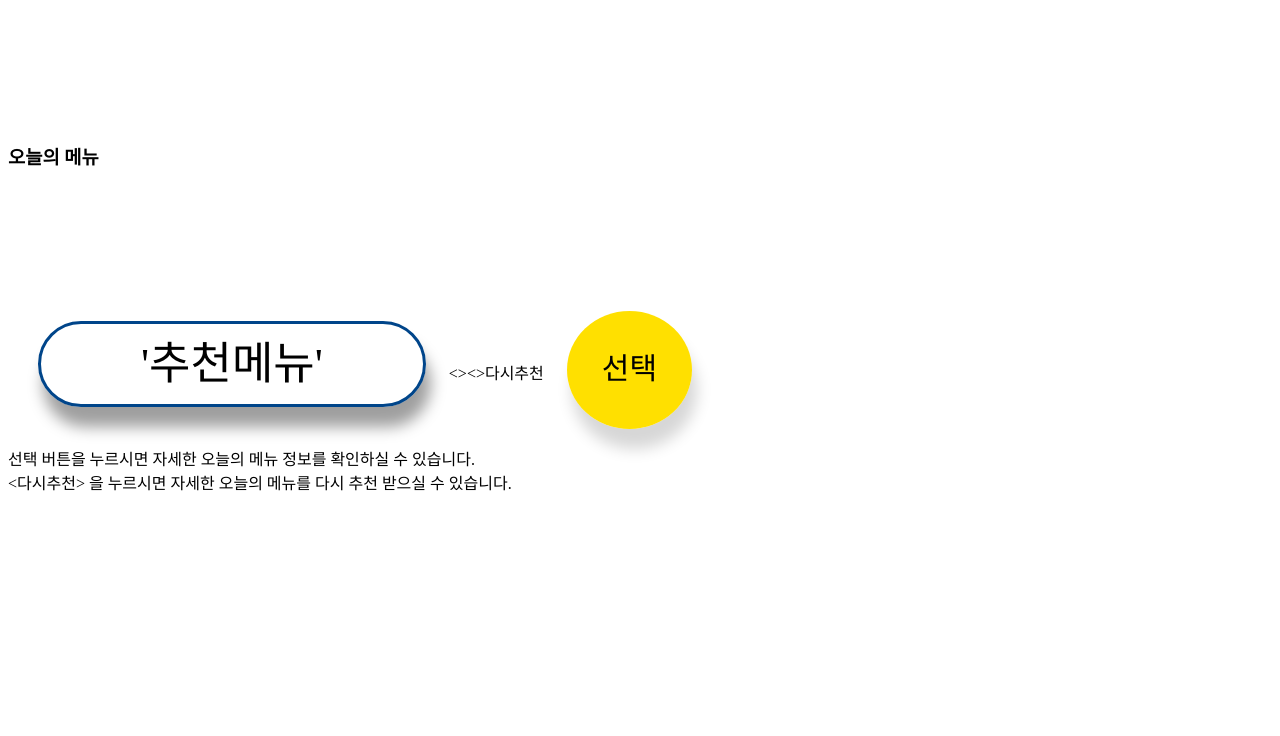
Repository: hkh00700/JustDoEat_Web
Page: http://localhost/justdoeat/WEB-INF/views/home.jsp
These files come from the project's save history. The page is drawn as it stood at one moment and after the next save; the edit follows.
The browser window is 1280 px wide. The pictures show the whole page.
The page is served by Tomcat 9. Nobody is signed in. Other server files are loaded and not shown. The template is opened directly, without the code that normally fills it, so the values that code supplies are empty.

Above is the page before, as saved 2021-05-18 02:50:11.

### justdoeat/src/main/webapp/WEB-INF/views/home.jsp
<%@ taglib uri="http://java.sun.com/jsp/jstl/core" prefix="c" %>
<%@ page language="java" contentType="text/html; charset=UTF-8"
    pageEncoding="UTF-8"%>
<html>
<head>
	<title>Home</title>
<style type="text/css">
.content {
height: 720px;
}

h3{
height: 300px;
line-height: 300px;
}
.content a:first-of-type{
width: 600px;
height: 120px;
margin: 40px 23px 42px 30px;
padding: 15px 100px 15px 100px;
border-radius: 60px;
box-shadow: 5px 20px 15px 0 rgba(0, 0, 0, 0.38);
border: solid 3px #00458a;
text-align: center;
font-size: 45px;
}
.select{
 width: 120px;
  height: 120px;
  margin: 40px 157px 42px 23px;
  padding: 41px 35px 44px;
  box-shadow: 5px 20px 15px 0 rgba(0, 0, 0, 0.16);
  background-color: #ffe000;
  border-radius: 50%;
  font-size: 30px;
}

</style>
</head>
<body>
	<div class="content">
		<h3>오늘의 메뉴</h3>
		<a>'추천메뉴'</a><><>다시추천</a><a class='select'>선택</a>
		<br/><br/><br/><br/>
		선택 버튼을 누르시면 자세한 오늘의 메뉴 정보를 확인하실 수 있습니다.<br/>
		<다시추천> 을 누르시면 자세한 오늘의 메뉴를 다시 추천 받으실 수 있습니다.

	</div>
</body>
</html>

After the next save:
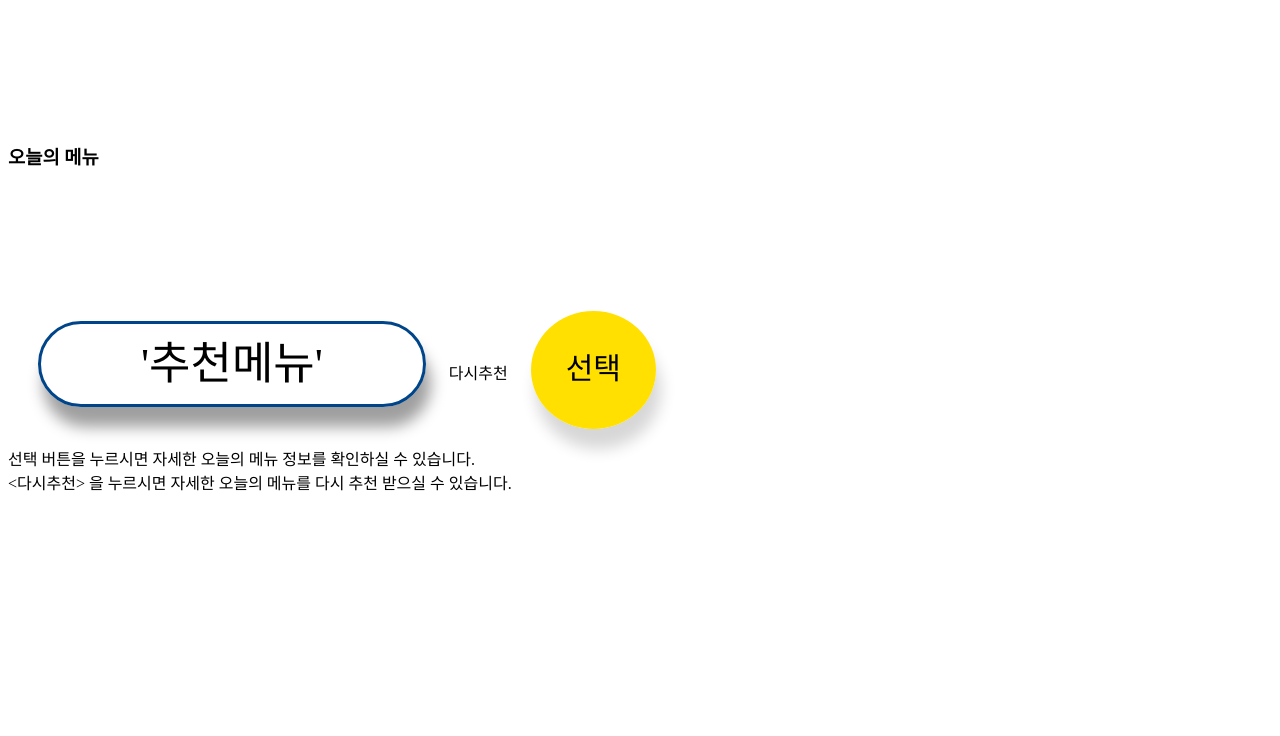
Saved 13 s later.
--- a/justdoeat/src/main/webapp/WEB-INF/views/home.jsp
+++ b/justdoeat/src/main/webapp/WEB-INF/views/home.jsp
@@ -40,7 +40,7 @@
 <body>
 	<div class="content">
 		<h3>오늘의 메뉴</h3>
-		<a>'추천메뉴'</a><><>다시추천</a><a class='select'>선택</a>
+		<a>'추천메뉴'</a>다시추천</a><a class='select'>선택</a>
 		<br/><br/><br/><br/>
 		선택 버튼을 누르시면 자세한 오늘의 메뉴 정보를 확인하실 수 있습니다.<br/>
 		<다시추천> 을 누르시면 자세한 오늘의 메뉴를 다시 추천 받으실 수 있습니다.
